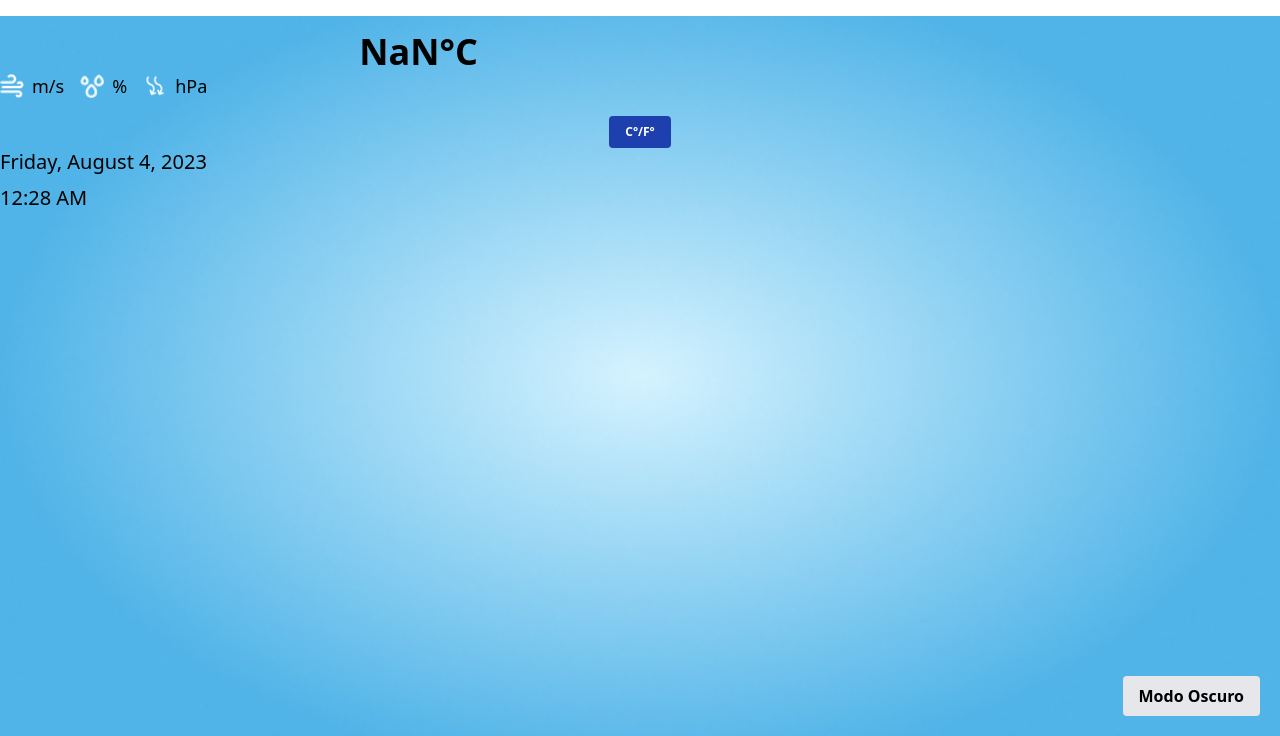
Repository: LukasMoyano/WeatherApp-_-LukasMoyano-_-V-_4.0_6.6.6
Page: /
An editor plug-in stored every save of this project. The page is shown before and after the next save, followed by the edit.
The browser window is 1280 px wide. The pictures show the whole page.
The page's requests for data from a server got no answer. The project was rebuilt for these pictures with package versions that can differ from the ones it lists, and the page was loaded fresh each time. No one was signed in, and anything a server would have sent is missing. Also part of the build but not shown: vite.config.js.

Above is the page before, as saved 2023-08-06 23:21:35.

After the next save:
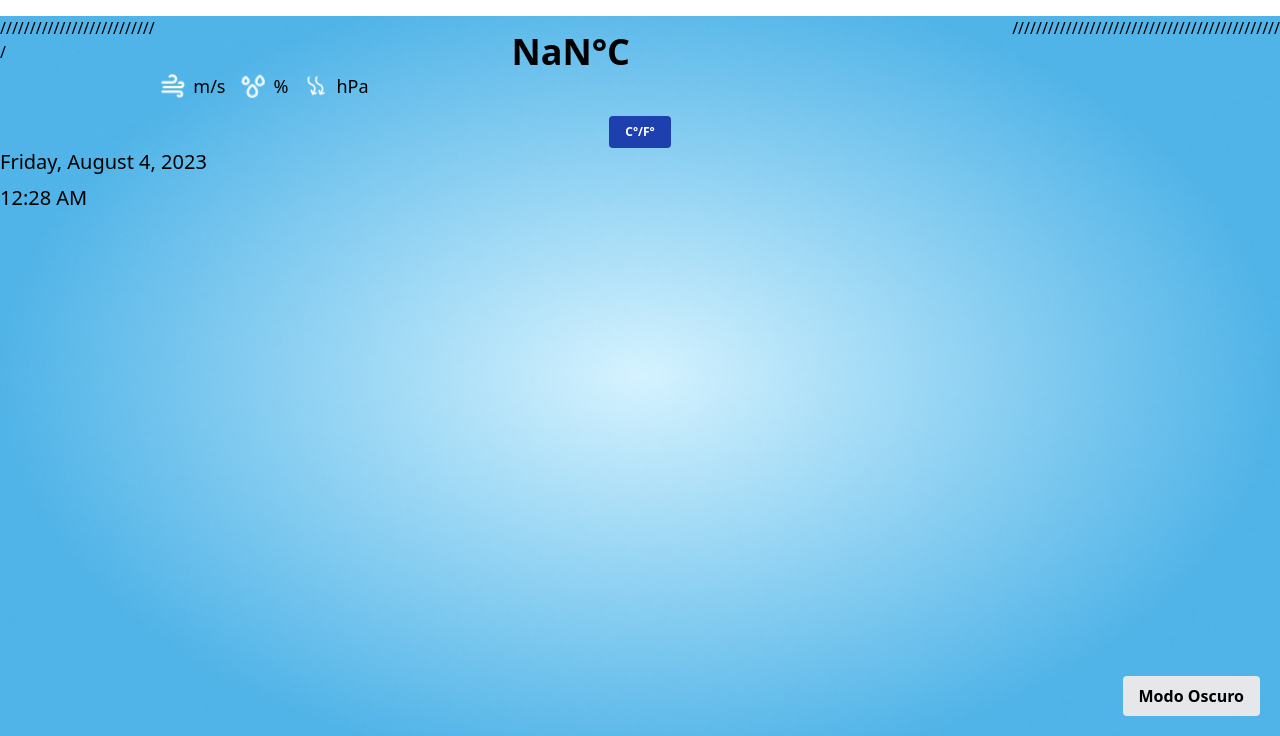
Saved 101 s later.
--- a/src/components/Weather.jsx
+++ b/src/components/Weather.jsx
@@ -42,6 +42,8 @@ const Weather = ({ weatherInfo, isDarkMode }) => {
     <div className="">
       {/* Sección de información del clima */}
       <div className="flex flex-col md:flex-row md:items-start mt-4">
+
+////////////////////////// /
         <div className="md:w-2/3 md:mr-4">
           {/* Nombre de la ciudad */}
           <h2 className="text-2xl font-bold mb-4">{weatherInfo?.name}</h2>
@@ -104,9 +106,10 @@ const Weather = ({ weatherInfo, isDarkMode }) => {
             </article>
           {/* Descripción del clima */}
           <h3 className="">{weatherInfo?.weather[0].description}</h3>
-
           </section>
         </div>
+        /////////////////////////////////////////////
+
       </div>
 
       {/* Botón para alternar entre Celsius y Fahrenheit */}
